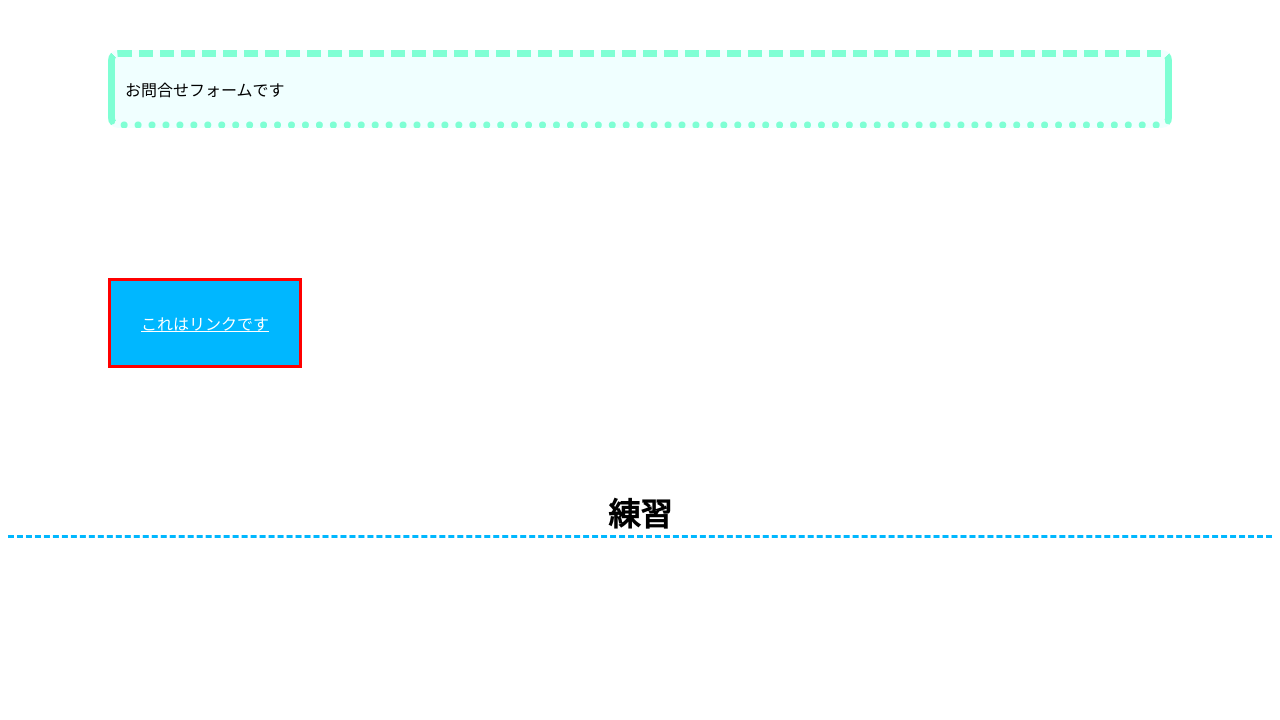
Repository: Jutta197/frontend726
Page: css_ex/box_model/index.html
These files come from the project's save history. The page is drawn as it stood at one moment and after the next save; the edit follows.
The browser window is 1280 px wide. The pictures show the whole page.

Above is the page before, as saved 2023-07-28 15:50:33.

After the next save:
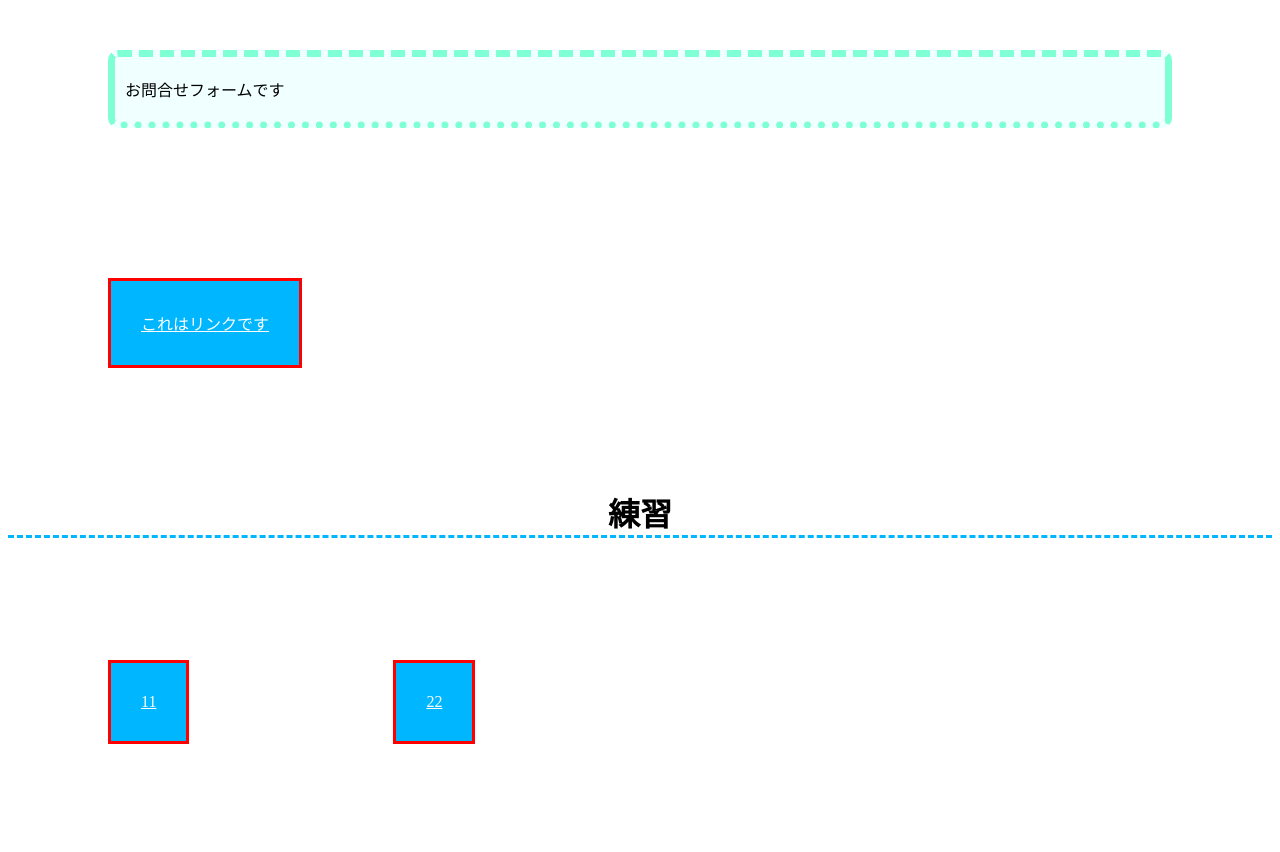
Saved 4 min 44 s later.
--- a/css_ex/box_model/index.html
+++ b/css_ex/box_model/index.html
@@ -12,6 +12,8 @@
     <p>お問合せフォームです</p>
     <a href="">これはリンクです</a>
     <h1>練習</h1>
+    <a href="" id="a">11</a>
+    <a href="">22</a>
 
 </body>
 
